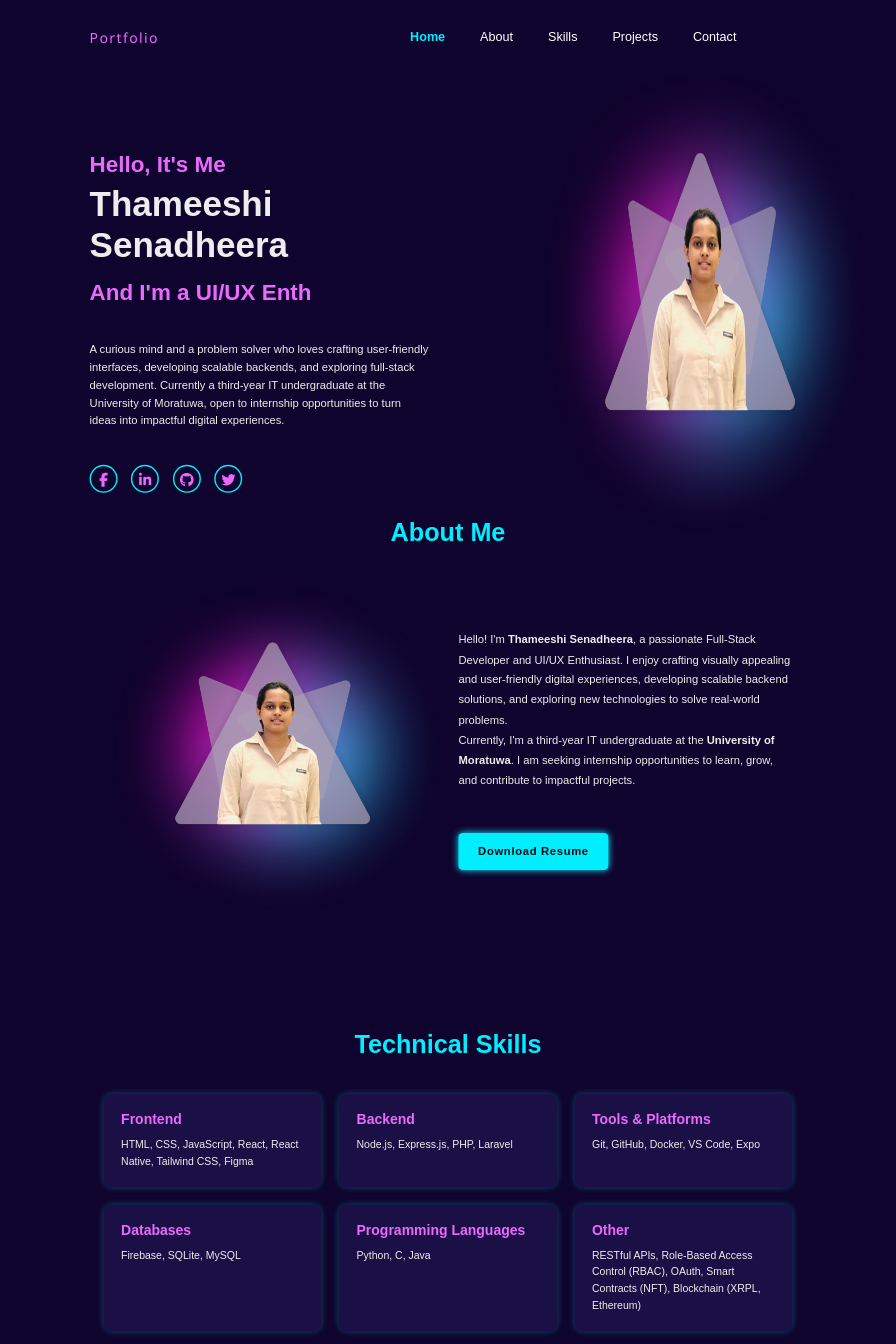
Repository: Thameeshi/portfolio-website
Page: http://localhost/
These files come from the project's save history. The page is drawn as it stood at one moment and after the next save; the edit follows.
The browser window is 1280 px wide. The pictures show the part of the page from y = 0 to 1920 px (the page is 3616 px tall), at 70% of full size.
Some web libraries are served in a nearby version. The page is served by the project's Node server (server.js).

Above is the page before, as saved 2025-09-10 11:08:51.

### public/css/style.css
/* Reset */
* {
    margin: 0;
    padding: 0;
    box-sizing: border-box;
    font-family: 'Poppins', sans-serif;
}

/* Body */
body {
    background: #0F042D;
    color: #ededed;
    scroll-behavior: smooth;
    overflow-x: hidden;
}

/* Header */
.header {
    position: fixed;
    top: 0;
    left: 0;
    width: 100%;
    padding: 40px 10%;
    display: flex;
    justify-content: space-between;
    align-items: center;
    z-index: 100;
    transition: background 0.3s ease-in-out;
}

.logo {
    font-size: 20px;
    color: #E96AFD;
    text-decoration: none;
    font-weight: 550;
    letter-spacing: 2px;
    font-family: 'Segoe UI', Tahoma, Geneva, Verdana, sans-serif;
    transition: transform 0.3s ease;
}
.logo:hover { transform: scale(1.1) rotate(-3deg); }

.navbar {
    display: flex;
    align-items: center;
    margin-right: 100px;
}
.navbar a {
    display: inline-block;
    font-size: 18px;
    color: #fff;
    text-decoration: none;
    font-weight: 500;
    margin-left: 50px;
    position: relative;
    transition: color 0.3s ease;
}
.navbar a::after {
    content: '';
    position: absolute;
    left: 0;
    bottom: -5px;
    width: 0;
    height: 2px;
    background: #0ef;
    transition: width 0.3s;
}
.navbar a:hover { color: #0ef; }
.navbar a:hover::after { width: 100%; }
.navbar a.active { color: #0ef; font-weight: 700; }

/* Home Section */
.home {
    display: flex;
    align-items: center;
    justify-content: space-between;
    padding: 50px 10%;
    height: 100vh;
    gap: 50px;
}

.home-content {
    flex: 1;
    max-width: 600px;
    animation: fadeIn 2s ease-in-out;
    margin-top: 200px;
}
.home-content h3 { font-size: 32px; font-weight: 700; color: #E96AFD; margin-bottom: 10px; animation: slideInLeft 1s ease; }
.home-content h1 { font-size: 50px; font-weight: 800; margin-bottom: 20px; animation: slideInRight 1.2s ease; }
.home-content p { line-height: 1.6; font-size: 16px; margin-bottom: 25px; margin-top:50px;animation: fadeInUp 1.5s ease; }

.btn-box {
    display: inline-block;
    padding: 12px 28px;
    background: #0ef;
    border-radius: 6px;
    font-size: 16px;
    color: #0a0a0a;
    font-weight: 600;
    letter-spacing: 1px;
    text-decoration: none;
    transition: 0.3s;
    box-shadow: 0 0 10px #0ef;
}
.btn-box:hover {
    background: #0c9;
    box-shadow: 0 0 20px #0ef, 0 0 40px #0ef;
    transform: scale(1.05);
}

/* Social Links */
.home-sci { margin-top: 50px; }
.home-sci a {
    display: inline-block;
    width: 40px;
    height: 40px;
    border: 2px solid #0ef;
    border-radius: 50%;
    font-size: 20px;
    color: #E96AFD;
    text-align: center;
    line-height: 40px;
    margin-right: 15px;
    transition: 0.4s;
}
.home-sci a:hover {
    background: #E96AFD;
    color: #0a0a0a;
    box-shadow: 0 0 20px #E96AFD;
}

/* Image next to home-content */
.image {
    flex: 1;
    max-width: auto;
    animation: float 3s ease-in-out infinite;
}
.image img {
    width: 1200px;
    height: 700px;
    margin-left: 100px;
    margin-top: 150px;
}

/* Float animation */
@keyframes float {
    0%, 100% { transform: translateY(0); }
    50% { transform: translateY(-10px); }
}

/* About Section */
.about {
    padding: 70px 10%;
    color: #ededed;
    margin-top: -100px;
}
.about h2 { font-size: 36px; font-weight: 700; color: #0ef; margin-bottom: 40px; text-align: center; margin-top: 100px; }

.download { margin-top: 40px; }

.about-content {
    display: flex;
    align-items: center;
    justify-content: space-between;
    flex-wrap: wrap;
    gap: 30px;
    flex-direction: row-reverse;
}
.container { max-width: 1200px; margin: 0 auto; padding: 0 20px; margin-top: -50px; }
.about-text { flex: 1; min-width: 300px; font-size: 16px; line-height: 1.8; }
.about-text .btn-box { margin-top: 20px; }
.about-image { flex: 1; min-width: 400px; text-align: center; }
.about-image img { max-width: 500px; border-radius: 10px; }

/* Skills Section */
.skills {
    padding: 80px 10%;
    margin-top: 50px;
}
.skills h2 {
    font-size: 36px;
    font-weight: 700;
    color: #0ef;
    margin-bottom: 50px;
    text-align: center;
}
.skills-grid {
    display: grid;
    grid-template-columns: repeat(auto-fit, minmax(250px, 1fr));
    gap: 25px;
}
.skill-card {
    background: #1b1045;
    padding: 25px;
    border-radius: 12px;
    box-shadow: 0 0 10px rgba(14, 239, 255, 0.3);
    transition: transform 0.3s ease, box-shadow 0.3s ease;
}
.skill-card:hover {
    transform: translateY(-8px);
    box-shadow: 0 0 20px #0ef;
}
.skill-card h3 {
    font-size: 20px;
    color: #E96AFD;
    margin-bottom: 12px;
}
.skill-card p {
    font-size: 15px;
    line-height: 1.6;
    color: #ededed;
}

/* Projects Section */
.projects {
    padding: 80px 10%;
    margin-top: 50px;
}

.projects h2 {
    font-size: 36px;
    font-weight: 700;
    color: #0ef;
    margin-bottom: 50px;
    text-align: center;
}

.project-showcase {
    display: flex;
    justify-content: center;
    max-width: 1000px;
    margin: 0 auto;
}

.project-card {
    background: #1b1045;
    border-radius: 20px;
    overflow: hidden;
    box-shadow: 0 0 30px rgba(14, 239, 255, 0.2);
    transition: transform 0.3s ease, box-shadow 0.3s ease;
    width: 100%;
    display: flex;
    min-height: 500px;
}

.project-card:hover {
    transform: translateY(-5px);
    box-shadow: 0 0 40px rgba(14, 239, 255, 0.4);
}

.project-image-container {
    position: relative;
    flex: 1;
    overflow: hidden;
}

.project-images {
    position: relative;
    height: 100%;
    width: 100%;
}

.project-img {
    position: absolute;
    top: 0;
    left: 0;
    width: 100%;
    height: 100%;
    object-fit: cover;
    opacity: 0;
    transition: opacity 0.5s ease-in-out;
}

.project-img.active {
    opacity: 1;
}

.image-nav {
    position: absolute;
    bottom: 20px;
    left: 50%;
    transform: translateX(-50%);
    display: flex;
    gap: 10px;
    z-index: 3;
}

.nav-dot {
    width: 12px;
    height: 12px;
    border-radius: 50%;
    border: 2px solid rgba(255, 255, 255, 0.6);
    background: transparent;
    cursor: pointer;
    transition: all 0.3s ease;
}

.nav-dot:hover,
.nav-dot.active {
    background: #0ef;
    border-color: #0ef;
    transform: scale(1.2);
}

.project-overlay {
    position: absolute;
    top: 0;
    left: 0;
    right: 0;
    bottom: 0;
    background: linear-gradient(135deg, rgba(14, 239, 255, 0.8), rgba(233, 106, 253, 0.8));
    display: flex;
    align-items: center;
    justify-content: center;
    opacity: 0;
    transition: opacity 0.3s ease;
    z-index: 2;
}

.project-card:hover .project-overlay {
    opacity: 1;
}

.project-links {
    display: flex;
    gap: 20px;
}

.project-link {
    width: 60px;
    height: 60px;
    background: rgba(255, 255, 255, 0.2);
    border-radius: 50%;
    display: flex;
    align-items: center;
    justify-content: center;
    color: #fff;
    font-size: 24px;
    text-decoration: none;
    backdrop-filter: blur(10px);
    border: 2px solid rgba(255, 255, 255, 0.3);
    transition: all 0.3s ease;
}

.project-link:hover {
    background: rgba(255, 255, 255, 0.3);
    transform: scale(1.1);
    border-color: rgba(255, 255, 255, 0.6);
}

.project-info {
    flex: 1;
    padding: 40px;
    display: flex;
    flex-direction: column;
    justify-content: center;
}

.project-info h3 {
    font-size: 28px;
    color: #E96AFD;
    margin-bottom: 20px;
    font-weight: 700;
}

.project-info p {
    font-size: 16px;
    line-height: 1.7;
    color: #ededed;
    margin-bottom: 25px;
}

.project-features {
    display: grid;
    grid-template-columns: 1fr 1fr;
    gap: 15px;
    margin-bottom: 25px;
}

.feature {
    display: flex;
    align-items: center;
    gap: 8px;
    font-size: 14px;
    color: #ededed;
}

.feature i {
    color: #0ef;
    font-size: 16px;
}

.project-tech {
    display: flex;
    flex-wrap: wrap;
    gap: 10px;
}

.project-tech span {
    background: linear-gradient(135deg, #0ef, #E96AFD);
    color: #0a0a0a;
    padding: 8px 16px;
    border-radius: 25px;
    font-size: 13px;
    font-weight: 600;
    letter-spacing: 0.5px;
}

/* Responsive */
@media (max-width: 768px) {
    .projects {
        padding: 60px 5%;
    }

    .project-card {
        flex-direction: column;
        min-height: auto;
    }

    .project-image-container {
        height: 300px;
    }

    .project-info {
        padding: 30px 25px;
    }

    .project-info h3 {
        font-size: 24px;
    }

    .project-info p {
        font-size: 15px;
    }

    .project-features {
        grid-template-columns: 1fr;
        gap: 10px;
    }

    .project-links {
        gap: 15px;
    }

    .project-link {
        width: 50px;
        height: 50px;
        font-size: 20px;
    }
}

/* Add these styles to your existing stylesheet.css file */

/* Contact Section */
.contact {
    padding: 80px 10%;
    margin-top: 50px;
}

.contact h2 {
    font-size: 36px;
    font-weight: 700;
    color: #0ef;
    margin-bottom: 20px;
    text-align: center;
}

.contact > p {
    text-align: center;
    font-size: 18px;
    color: #ededed;
    margin-bottom: 50px;
    opacity: 0.8;
}

.contact-content {
    display: grid;
    grid-template-columns: 1fr 1fr;
    gap: 60px;
    max-width: 1200px;
    margin: 0 auto;
    align-items: start;
}

.contact-info {
    display: flex;
    flex-direction: column;
    gap: 30px;
}

.contact-item {
    background: #1b1045;
    padding: 25px;
    border-radius: 15px;
    text-align: center;
    transition: transform 0.3s ease, box-shadow 0.3s ease;
    border: 1px solid rgba(14, 239, 255, 0.1);
}

.contact-item:hover {
    transform: translateY(-5px);
    box-shadow: 0 10px 30px rgba(14, 239, 255, 0.2);
}

.contact-item i {
    font-size: 28px;
    color: #0ef;
    margin-bottom: 15px;
}

.contact-item h3 {
    font-size: 20px;
    color: #E96AFD;
    margin-bottom: 10px;
    font-weight: 600;
}

.contact-item p {
    color: #ededed;
    font-size: 16px;
}

.contact-form {
    background: #1b1045;
    padding: 40px;
    border-radius: 20px;
    box-shadow: 0 0 20px rgba(14, 239, 255, 0.1);
    border: 1px solid rgba(14, 239, 255, 0.1);
}

.form-group {
    margin-bottom: 25px;
}

.form-group input,
.form-group textarea {
    width: 100%;
    padding: 15px 20px;
    background: rgba(15, 4, 45, 0.8);
    border: 2px solid rgba(14, 239, 255, 0.2);
    border-radius: 10px;
    color: #ededed;
    font-size: 16px;
    font-family: 'Poppins', sans-serif;
    transition: all 0.3s ease;
    resize: vertical;
}

.form-group input:focus,
.form-group textarea:focus {
    outline: none;
    border-color: #0ef;
    box-shadow: 0 0 0 3px rgba(14, 239, 255, 0.1);
    transform: translateY(-2px);
}

.form-group input::placeholder,
.form-group textarea::placeholder {
    color: rgba(237, 237, 237, 0.6);
}

.form-group textarea {
    min-height: 120px;
    max-height: 200px;
}

.contact-form .btn-box {
    width: 100%;
    padding: 15px;
    font-size: 18px;
    margin-top: 10px;
    position: relative;
    overflow: hidden;
}

.contact-form .btn-box:hover {
    transform: translateY(-2px);
}

.contact-form .btn-box:active {
    transform: translateY(0);
}

/* Footer */
.footer {
    background: #1b1045;
    padding: 30px 10%;
    text-align: center;
    margin-top: 50px;
    border-top: 1px solid rgba(14, 239, 255, 0.1);
}

.footer p {
    color: #ededed;
    font-size: 14px;
    opacity: 0.8;
}

/* Enhanced responsive design */
@media (max-width: 768px) {
    .contact {
        padding: 60px 5%;
    }

    .contact-content {
        grid-template-columns: 1fr;
        gap: 40px;
    }

    .contact-form {
        padding: 25px 20px;
    }

    .form-group input,
    .form-group textarea {
        padding: 12px 15px;
        font-size: 14px;
    }

    .contact h2 {
        font-size: 28px;
    }

    .contact > p {
        font-size: 16px;
    }

    .contact-item {
        padding: 20px;
    }

    .contact-item i {
        font-size: 24px;
    }

    .contact-item h3 {
        font-size: 18px;
    }
}

@media (max-width: 480px) {
    .contact-form {
        padding: 20px 15px;
    }

    .form-group {
        margin-bottom: 20px;
    }

    .contact-info {
        gap: 20px;
    }

    .contact-item {
        padding: 15px;
    }
}

/* Additional animations */
@keyframes slideInLeft {
    from {
        transform: translateX(-50px);
        opacity: 0;
    }
    to {
        transform: translateX(0);
        opacity: 1;
    }
}

@keyframes slideInRight {
    from {
        transform: translateX(50px);
        opacity: 0;
    }
    to {
        transform: translateX(0);
        opacity: 1;
    }
}

/* Performance optimizations */
* {
    box-sizing: border-box;
}

img {
    max-width: 100%;
    height: auto;
}

/* Smooth transitions for better UX */
a, button {
    transition: all 0.3s ease;
}

/* Focus styles for accessibility */
a:focus,
button:focus,
input:focus,
textarea:focus {
    outline: 2px solid #0ef;
    outline-offset: 2px;
}

/* High contrast mode support */
@media (prefers-contrast: high) {
    .skill-card,
    .project-card,
    .contact-item,
    .contact-form {
        border: 2px solid #0ef;
    }
}

/* Reduced motion support */
@media (prefers-reduced-motion: reduce) {
    *,
    *::before,
    *::after {
        animation-duration: 0.01ms !important;
        animation-iteration-count: 1 !important;
        transition-duration: 0.01ms !important;
    }
}

/* Print styles */
@media print {
    .header,
    .contact-form,
    .project-overlay,
    .hamburger {
        display: none !important;
    }

    body {
        background: white !important;
        color: black !important;
    }

    .home,
    .about,
    .skills,
    .projects {
        page-break-inside: avoid;
        margin-bottom: 20px;
    }
}

/* Keyframe Animations */
@keyframes fadeIn { from { opacity: 0; } to { opacity: 1; } }
@keyframes slideInLeft { from { transform: translateX(-50px); opacity: 0; } to { transform: translateX(0); opacity: 1; } }
@keyframes slideInRight { from { transform: translateX(50px); opacity: 0; } to { transform: translateX(0); opacity: 1; } }
@keyframes fadeInUp { from { transform: translateY(30px); opacity: 0; } to { transform: translateY(0); opacity: 1; } }

/* Responsive */
@media (max-width: 768px) {
    .home {
        flex-direction: column;
        text-align: center;
        padding: 100px 5% 0;
        gap: 30px;
    }
    .home-content h1 { font-size: 36px; }
    .home-content h3 { font-size: 24px; }
    .image { max-width: 200px; margin-top: 20px; }
    .about-content { flex-direction: column; text-align: center; }
    .about-image img { max-width: 200px; margin-top: 20px; }
    .navbar a { margin-left: 20px; font-size: 16px; }
    .header { padding: 15px 5%; }
}

Loaded but not shown: public/js/main.js (628 lines, source omitted); server.js (274 lines, source omitted); views/index.ejs (352 lines, source omitted)

After the next save:
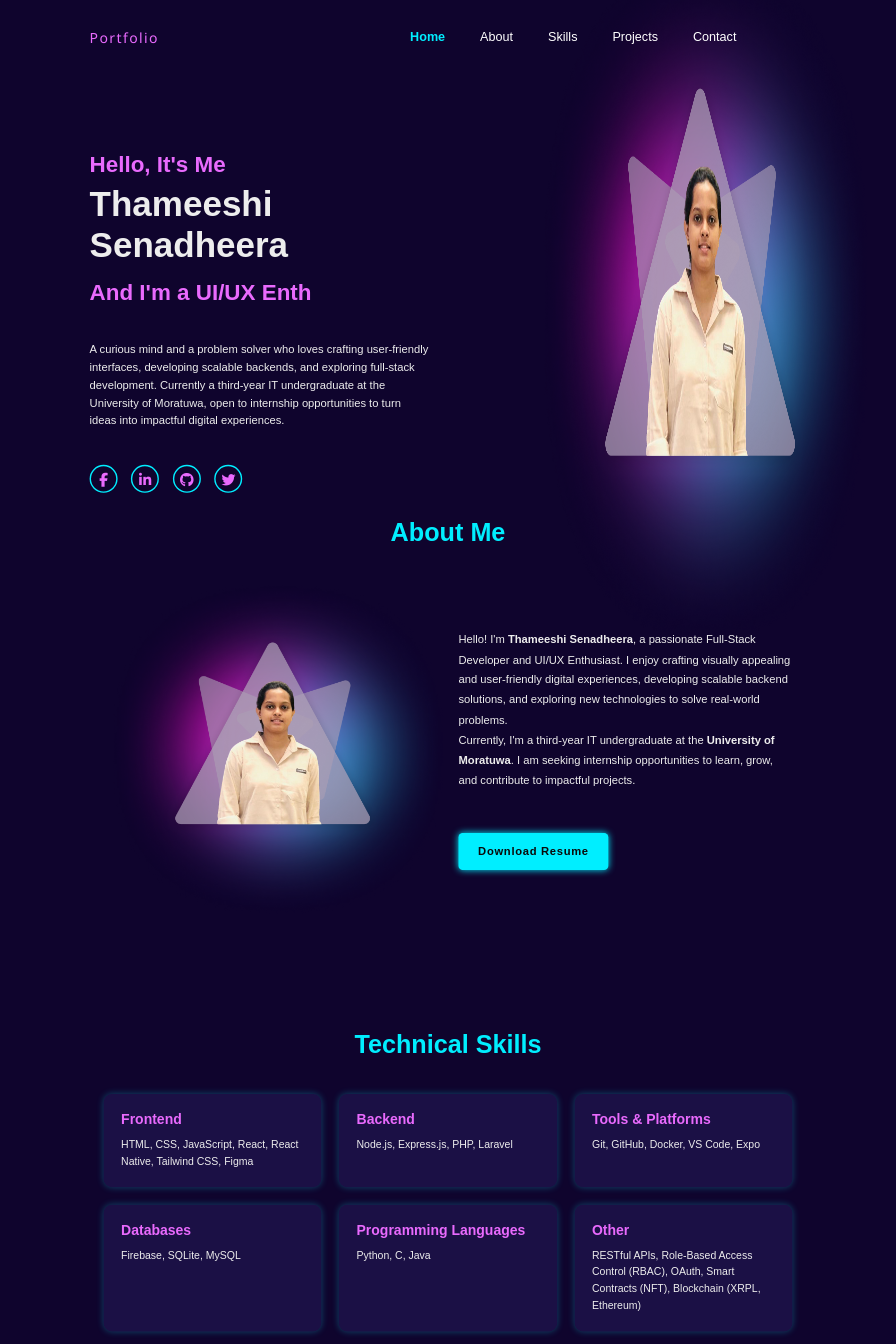
Saved 6 s later.
--- a/public/css/style.css
+++ b/public/css/style.css
@@ -136,7 +136,7 @@ body {
 }
 .image img {
     width: 1200px;
-    height: 700px;
+    height: 1000px;
     margin-left: 100px;
     margin-top: 150px;
 }
